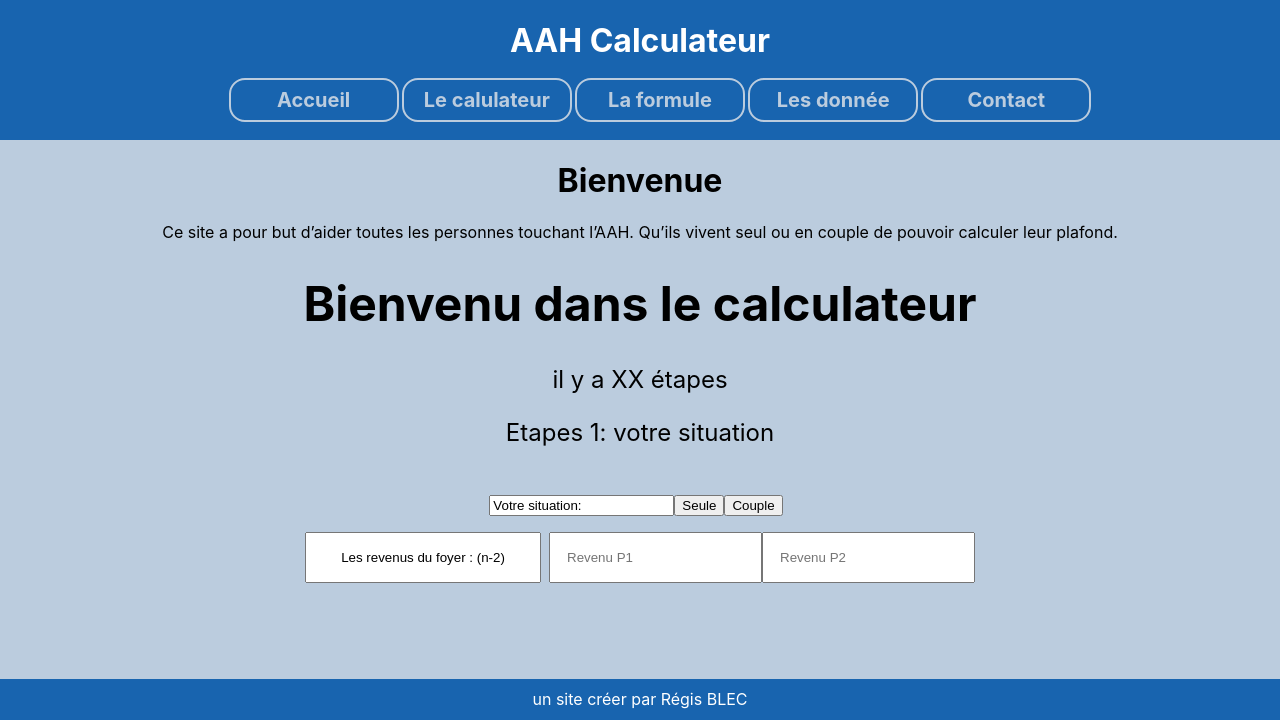
Repository: Cide74/calculateur-aah
Page: /
The author's editor kept a copy of each file at every save. The page is drawn from the files as they stood at one save, then again after a run of saves.
The browser window is 1280 px wide. The pictures show the whole page.
The project was rebuilt for these pictures with package versions that can differ from the ones it lists, and the page was loaded fresh each time.

Above is the page before, as saved 2021-04-05 18:24:33.

After the next 3 saves:
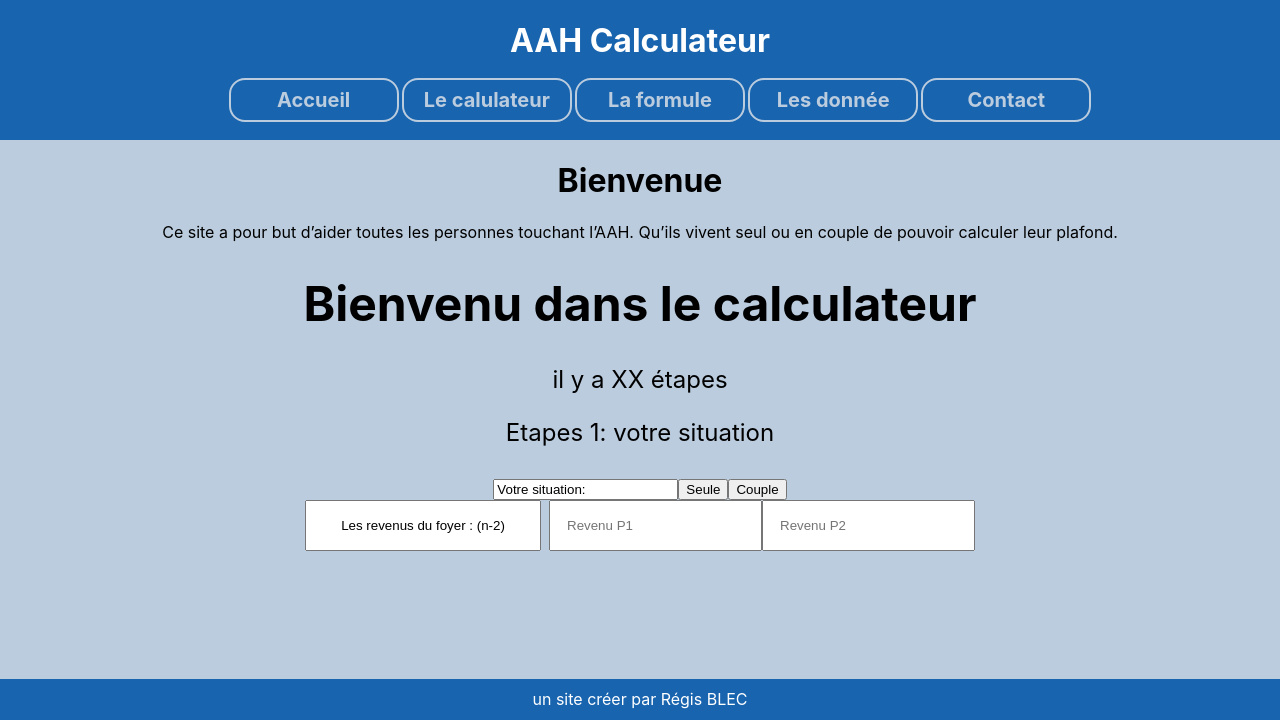
The 3 saves are shown as one change because they came seconds apart.
The last was saved 44 s later.
--- a/src/components/Calculator/Calculator.scss
+++ b/src/components/Calculator/Calculator.scss
@@ -5,7 +5,7 @@
 
         text-align: center;
 
-        &-situation {
+        & form-situation {
             color:red;
         margin-right: 0.5rem;
         padding: 1rem;
